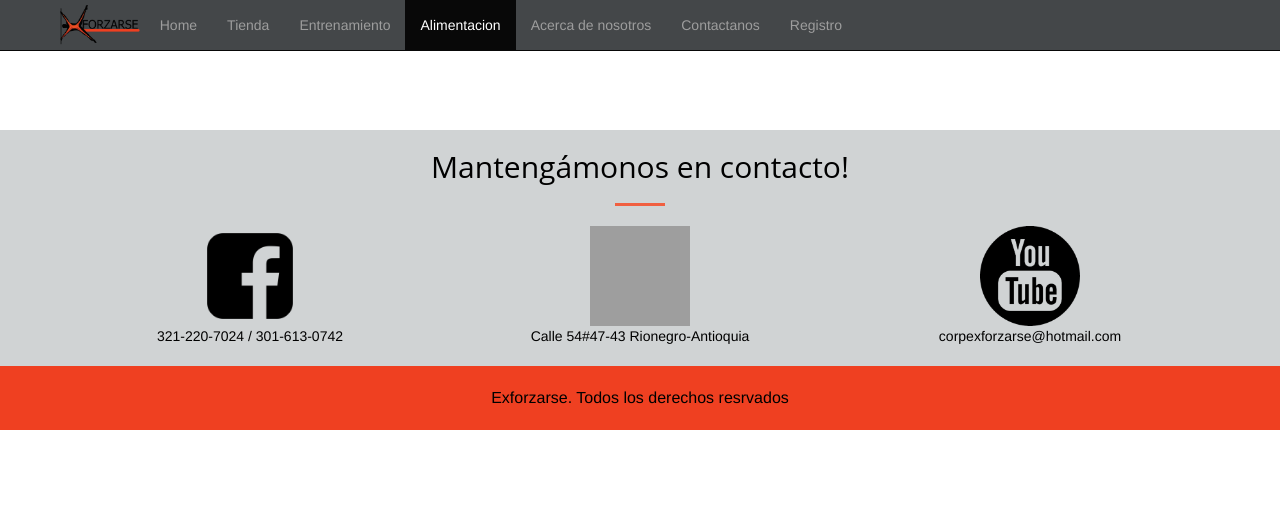
Repository: mahc36/exforzarse
Page: Exforzarse/WebContent/paginas/dietas.html
The author's editor kept a copy of each file at every save. The page is drawn from the files as they stood at one save, then again after a run of saves.
The browser window is 1280 px wide. The pictures show the whole page.
Pictures or frames that could not be fetched are drawn as grey boxes. Some web libraries are served in a nearby version.

Above is the page before, as saved 2017-08-19 16:27:15.

### Exforzarse/WebContent/paginas/dietas.html
<!DOCTYPE html>
<html lang="en">

<head>
    <meta charset="utf-8">
    <meta http-equiv="X-UA-Compatible" content="IE=edge">
    <meta name="viewport" content="width=device-width, initial-scale=1">
    <!-- The above 3 meta tags *must* come first in the head; any other head content must come *after* these tags -->
    <title>Exforzarse</title>

    <!-- Bootstrap -->
    <link href="../css/bootstrap.min.css" rel="stylesheet">
    <link href="../css/estilos.css" rel="stylesheet">
    <link rel="stylesheet" href="../css/creative.min.css">
    <link rel="icon" type="image/png" sizes="16x16" href="../img/favicon.ico">

    <!-- Carousel -->
    <meta name="viewport" content="initial-scale=1.0">
    <meta charset="utf-8">
    <script src="https://ajax.googleapis.com/ajax/libs/jquery/2.1.3/jquery.min.js"></script>
    <!-- Latest compiled and minified CSS -->



</head>

<body>
    <nav class="navbar navbar-inverse navbar-fixed-top">
        <div class="container">
            <div class="navbar-header">
                <div class="navbar-brand">
                    <img src="../img/logoclubexforzarse.png" alt="logo club">
                </div>
                <button type="button" class="navbar-toggle collapsed" data-toggle="collapse" data-target="#navbar" aria-expanded="false" aria-controls="navbar">
                    <span class="sr-only">Toggle navigation</span>
                    <span class="icon-bar"></span>
                    <span class="icon-bar"></span>
                    <span class="icon-bar"></span>
                </button>
            </div>
            <div id="navbar" class="collapse navbar-collapse">
                <ul class="nav navbar-nav">
                    <li><a href="../index.html">Home</a></li>
                    <li><a href="tienda.html">Tienda</a></li>
                    <li><a href="entrenamiento.html">Entrenamiento</a></li>
                    <li class="active"><a href="#">Alimentacion</a></li>
                    <li><a href="acercaDeNosotros.html">Acerca de nosotros</a></li>
                    <li><a href="contacto.html">Contactanos</a></li>
                    <li><a href="registro.html">Registro</a></li>
                </ul>
            </div>
            <!--/.nav-collapse -->
        </div>
    </nav>

    <div>
    	<h1 class="text-center>Página en construcción"></h1>
    </div>

    <br><br>
    <footer style="background-color: #D0D3D4;">
    <br>
        <div class="container">
            <div class="row">
            <div class="col-lg-8 col-lg-offset-2 text-center">
                <h2 class="section-heading"><font color="black">Mantengámonos en contacto!</font></h2>
                <hr class="primary">
            </div>
            <div class="col-lg-4 text-center">
                <a href="https://www.facebook.com/EXFORZARSE/" target="_blank"><img src="../img/darkFacebook.png" width="100" height="100"></a>
            </div>
            <div class="col-lg-4 text-center">
                <a href="https://www.instagram.com/exforzarse/" target="_blank"><img src="../img/darkInstagram3.png" width="100" height="100"></a>
            </div>
            <div class="col-lg-4 text-center">
                <a href="https://www.youtube.com/watch?v=VkQL8aGcTsE" target="_blank"><img src="../img/darkyoutube4.png" width="100" height="100"></a>
            </div>
            <div class="col-lg-4 text-center">
                <i class="fa fa-phone fa-3x sr-contact"></i>
                <span><font color="black">321-220-7024 / 301-613-0742</font></span>
            </div>
            <div class="col-lg-4 text-center">
                <i class="fa fa-road fa-3x sr-contact"></i>
                <span><font color="black">Calle 54#47-43 Rionegro-Antioquia</font></span>
            </div>
            <div class="col-lg-4 text-center">
                <i class="fa fa-envelope-o fa-3x sr-contact"></i>
                <span><font color="black">corpexforzarse@hotmail.com</font></span>
            </div>
        </div>
        <br>
        </div>
        <div style="background-color: #ef4021;">
	        <div class="container">
	        	<br>
	            <p class="text-muted" ALIGN=center><font color="black">Exforzarse. Todos los derechos resrvados</font></p>
	        </div>
    	</div>
    </footer>

    <!-- jQuery (necessary for Bootstrap's JavaScript plugins) -->
    <script src="https://ajax.googleapis.com/ajax/libs/jquery/1.12.4/jquery.min.js"></script>
    <!-- Include all compiled plugins (below), or include individual files as needed -->
    <script src="https://maxcdn.bootstrapcdn.com/bootstrap/3.3.7/js/bootstrap.min.js" integrity="sha384-Tc5IQib027qvyjSMfHjOMaLkfuWVxZxUPnCJA7l2mCWNIpG9mGCD8wGNIcPD7Txa" crossorigin="anonymous"></script>
</body>

</html>

### Exforzarse/WebContent/css/estilos.css
body {
    padding-top: 70px;
    position: relative;
    overflow-x: hidden;
}

.navbar-brand {
    padding: 0px;
}

.navbar-brand>img {
    height: 100%;
    padding: 5px;
    width: auto;
}

.navbar-inverse {
    background-color: #444749;
    border-color: #080808;
}

.containerpie {
    background-color: #EF4021;
}

.carousel {
    height: 500px;
    max-height: 500px;
    overflow: hidden;
}

.item img {
    width: 100%;
    height: auto;
}

.video {
    position: relative;
    height: 0;
    padding-bottom: 56.25%;
    margin-bottom: 80px;
}

video {
    position: absolute;
    min-width: 100%;
    min-height: 100%;
    top: 50%;
    left: 50%;
    transform: translateX(-50%) translateY(-50%);
    z-index: -1;
}

iframe {
    position: absolute;
    width: 100%;
    height: 100%;
    left: 0;
}

.rutinasmenu {
    margin: 0 0 0 2%;
    float: left;
    width: 20%;
}

.rutinasmenu>p {
    font-weight: bold;
    font-size: 25px;
}

.list-group-item:hover {
    font-size: 120%;
    background-image: -webkit-linear-gradient(top, #DF7401 0%, #FE9A2E 100%);
}

.navbar-inverse .navbar-nav>.active>a:hover {
    background-color: chocolate;
    color: black;
}

.navbar-inverse .navbar-nav>li>a:hover {
    background-color: chocolate;
    color: black;
}

.nav-tabs>li>a {
    font-weight: bold;
}

.nav-tabs>li>a:hover {
    background-color: chocolate;
    color: black;
    font-size: 120%;
}

a {
    color: black;
}

.footer {
    position: absolute;
    bottom: 0;
    width: 100%;
    height: 60px;
    background-color: #f5f5f5;
}

section#contact {
    background-color: white;
    background-image: url(../img/DSC_0414.JPG);
    background-size: cover;
    background-position: center;
    background-repeat: no-repeat;
}

section {
    padding: 73px 0px;
}

section#contact .section-heading {
    color: black;
}

section#contact .form-group {
    margin-bottom: 25px;
}

section#contact .form-group input,
section#contact .form-group textarea {
    padding: 20px;
}

section#contact .form-group input.form-control {
    height: auto;
}

section#contact .form-group textarea.form-control {
    height: 236px;
}

section#contact .form-control:focus {
    border-color: #fed136;
    box-shadow: none;
}

section#contact ::-webkit-input-placeholder {
    font-family: "Montserrat", "Helvetica Neue", Helvetica, Arial, sans-serif;
    text-transform: uppercase;
    font-weight: 700;
    color: darkgray;
}

.gellary_bg_none img {
    width: 100%;
    height: 250px;
}

section#contact :-moz-placeholder {
    /* Firefox 18- */
    font-family: "Montserrat", "Helvetica Neue", Helvetica, Arial, sans-serif;
    text-transform: uppercase;
    font-weight: 700;
    color: darkgray;
}

section#contact ::-moz-placeholder {
    /* Firefox 19+ */
    font-family: "Montserrat", "Helvetica Neue", Helvetica, Arial, sans-serif;
    text-transform: uppercase;
    font-weight: 700;
    color: #eeeeee;
}

section#contact :-ms-input-placeholder {
    font-family: "Montserrat", "Helvetica Neue", Helvetica, Arial, sans-serif;
    text-transform: uppercase;
    font-weight: 700;
    color: darkgray;
}

section#contact .text-danger {
    color: #e74c3c;
}

.about_our_company {
    text-align: center;
    margin-bottom: 20px;
    font-weight: bold;
}

.about_our_company h1 {
    text-align: center;
    margin-bottom: 50px;
    font-weight: bold;
    font-size: 50px;
    color: chocolate;
    text-shadow: 1px 1px 3px #323232;
}

.titleline-icon {
    position: relative;
    max-width: 100px;
    border-top: 4px double #F99700;
    margin: 20px auto 20px;
}

.titleline-icon:after {
    position: absolute;
    top: -11px;
    left: 0;
    right: 0;
    margin: auto;
    font-family: 'FontAwesome';
    content: "\f141";
    font-size: 20px;
    line-height: 1;
    color: #F99700;
    text-align: center;
    vertical-align: middle;
    width: 40px;
    height: 20px;
    background: #ffffff;
}

.btn {}

.get {
    background-color: chocolate;
}

Loaded but not shown: Exforzarse/WebContent/css/bootstrap.min.css (library); Exforzarse/WebContent/css/creative.min.css (library)

After the next 2 saves:
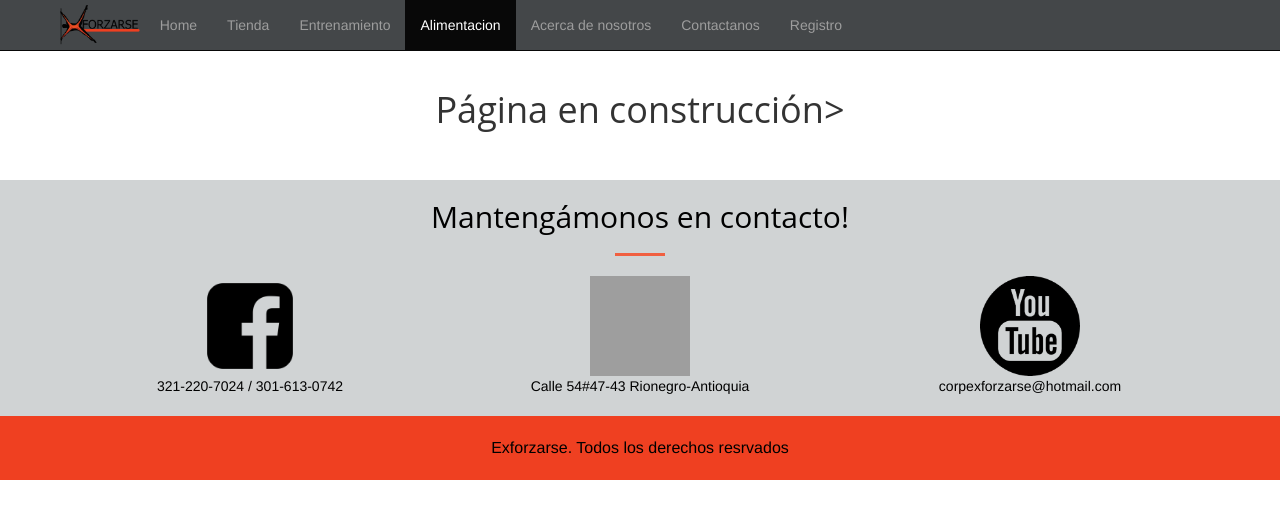
The 2 saves are shown as one change because they came seconds apart.
The last was saved 13 s later.
--- a/Exforzarse/WebContent/paginas/dietas.html
+++ b/Exforzarse/WebContent/paginas/dietas.html
@@ -54,7 +54,7 @@
     </nav>
 
     <div>
-    	<h1 class="text-center>Página en construcción"></h1>
+    	<h1 class="text-center">Página en construcción></h1>
     </div>
 
     <br><br>
